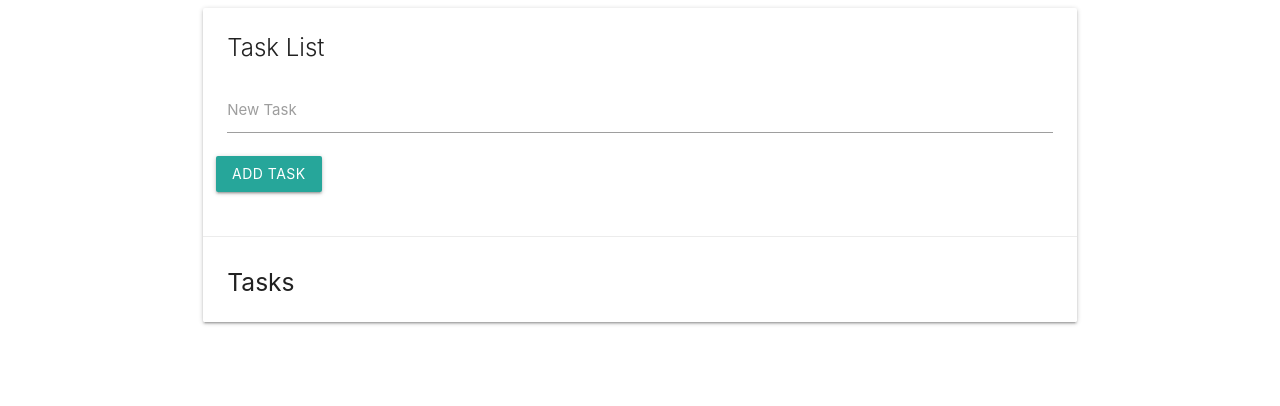
Repository: YasirGaji/Sandbox
Page: index.html
An editor plug-in stored every save of this project. The page is shown before and after the next save, followed by the edit.
The browser window is 1280 px wide. The pictures show the whole page.

Above is the page before, as saved 2021-12-01 15:18:42.

### index.html
<!DOCTYPE html>
<html lang="en">
<head>
  <meta charset="UTF-8">
  <meta http-equiv="X-UA-Compatible" content="IE=edge">
  <meta name="viewport" content="width=device-width, initial-scale=1.0">

  <!-- Compiled and minified CSS -->
  <link rel="stylesheet" href="https://cdnjs.cloudflare.com/ajax/libs/materialize/1.0.0/css/materialize.min.css">

  <link rel="stylesheet" href="https://cdn.jsdelivr.net/npm/@fortawesome/fontawesome-free@5.15.4/css/fontawesome.min.css" integrity="sha384-jLKHWM3JRmfMU0A5x5AkjWkw/EYfGUAGagvnfryNV3F9VqM98XiIH7VBGVoxVSc7" crossorigin="anonymous">

  <title>Task List</title>
</head>
<body>
  <div class="container">
    <div class="row">
      <div class="col s12">
        <div id="main" class="card">
          <div class="card-content">
            <span class="card-title">Task List</span>
            <div class="row">
              <form id="task-form">
                <div class="input-field col s12">
                  <input type="text" name="task" id="task">
                  <label for="task">New Task</label>
                </div>
                <input type="submit" value="Add Task" class="btn">
              </form>
            </div>
          </div>

          <div class="card-action">
            <h5 id="task-title">Tasks</h5>

          </div>
        </div>
      </div>
    </div>
  </div>

  <script
  src="https://code.jquery.com/jquery-3.6.0.js"
  integrity="sha256-H+K7U5CnXl1h5ywQfKtSj8PCmoN9aaq30gDh27Xc0jk="
  crossorigin="anonymous"></script>

  <!-- Compiled and minified JavaScript -->
  <script src="https://cdnjs.cloudflare.com/ajax/libs/materialize/1.0.0/js/materialize.min.js"></script>

  <script src="/app.js"></script>
</body>
</html>

Loaded but not shown: app.js (no stored copy; drawn as an empty file)

After the next save:
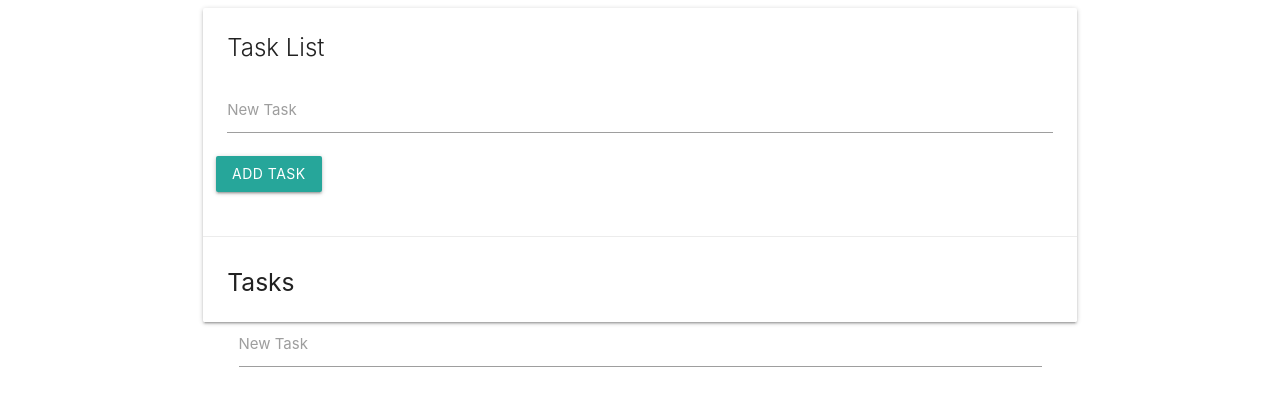
Saved 24 s later.
--- a/index.html
+++ b/index.html
@@ -32,7 +32,10 @@
 
           <div class="card-action">
             <h5 id="task-title">Tasks</h5>
-
+            <div class="input-field col s12">
+              <input type="text" name="task" id="task">
+              <label for="task">New Task</label>
+            </div>
           </div>
         </div>
       </div>
